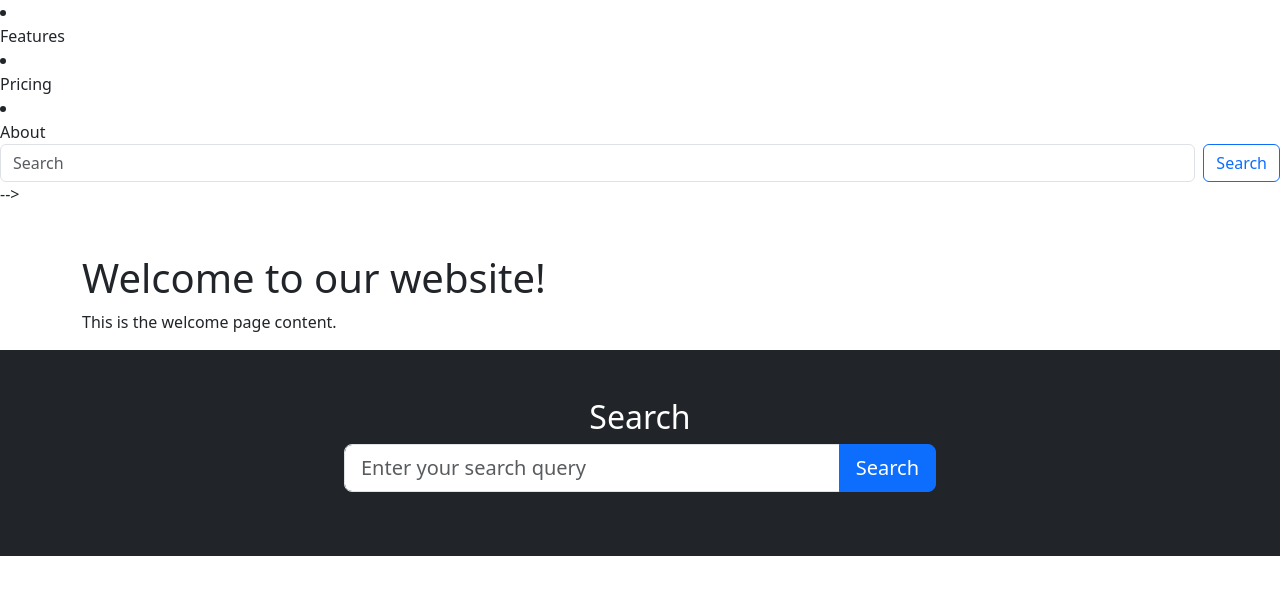
Repository: gyfffffff/meishimeike_test
Page: meishimeike/hello.html
The author's editor kept a copy of each file at every save. The page is drawn from the files as they stood at one save, then again after the next save.
The browser window is 1280 px wide. The pictures show the whole page.

Above is the page before, as saved 2023-07-13 11:22:08.

### meishimeike/hello.html
<!DOCTYPE html>
<html lang="en">

<head>
    <meta charset="UTF-8">
    <meta name="viewport" content="width=device-width, initial-scale=1.0">
    <link rel="stylesheet" href="https://cdn.jsdelivr.net/npm/bootstrap@5.3.0/dist/css/bootstrap.min.css">
    <style>
        body {
            --vt-font-family-base: Quotes, -apple-system, BlinkMacSystemFont, "Segoe UI", Roboto, Oxygen, Ubuntu, Cantarell, "Fira Sans", "Droid Sans", "Helvetica Neue", sans-serif;
        }

        /* .navbar-nav li {
            margin-right: 60px;
        }

        .navbar-brand {
            padding-right: 80px;
        } */
        .header--TuwRF{
                cursor: default;
                line-height: 1.5;
                tab-size: 4;
                -webkit-tap-highlight-color: transparent;
                -webkit-text-size-adjust: 100%;
                word-break: break-word;
                font-family: Open Sans,
                system-ui;
                --vh: 2.64px;
                font-weight: 400;
                font-size: 14px;
                color: #191b26;
                box-sizing: border-box;
                width: 100%;
                height: 64px;
                display: flex;
                justify-content: center;
                position: fixed;
                top: 0;
                left: 0;
                z-index: 10;
                transition: background-color .2s;
                background-color: transparent;
                border-bottom: 1px solid transparent;
        }

    </style>

    <title>美食每刻</title>
</head>

<body>
    <!-- <nav class="navbar navbar-expand-lg" style="background-color: #e3f2fd;" data-bs-theme="light">
        <div class="container-fluid">
            <a class="navbar-brand" href="#">Navbar</a>
            <button class="navbar-toggler collapsed" type="button" data-bs-toggle="collapse"
                data-bs-target="#navbarColor03" aria-controls="navbarColor03" aria-expanded="false"
                aria-label="Toggle navigation">
                <span class="navbar-toggler-icon"></span>
            </button>
            <div class="navbar-collapse collapse" id="navbarColor03" style="">
                <ul class="navbar-nav me-auto mb-2 mb-lg-0">
                    <!-- <li class="nav-item">
                    <a class="nav-link active" aria-current="page" href="#">Home</a>
                </li> -->
                    <li class="nav-item">
                        <a class="nav-link" href="#">Features</a>
                    </li>
                    <li class="nav-item">
                        <a class="nav-link" href="#">Pricing</a>
                    </li>
                    <li class="nav-item">
                        <a class="nav-link" href="#">About</a>
                    </li>
                </ul>
                <form class="d-flex" role="search">
                    <input class="form-control me-2" type="search" placeholder="Search" aria-label="Search">
                    <button class="btn btn-outline-primary" type="submit">Search</button>
                </form>
            </div>
        </div>
    </nav> -->

    <div class="container mt-5">
        <h1>Welcome to our website!</h1>
        <p>This is the welcome page content.</p>
    </div>

    <div class="container-fluid bg-dark text-center p-5">
        <h2 class="text-white">Search</h2>
        <div class="input-group mb-3 w-50 mx-auto">
            <input type="text" class="form-control form-control-lg" placeholder="Enter your search query">
            <button class="btn btn-primary btn-lg" type="button">Search</button>
        </div>
    </div>

    <script src="https://cdn.jsdelivr.net/npm/bootstrap@5.3.0/dist/js/bootstrap.bundle.min.js"></script>
</body>

</html>

After the next save:
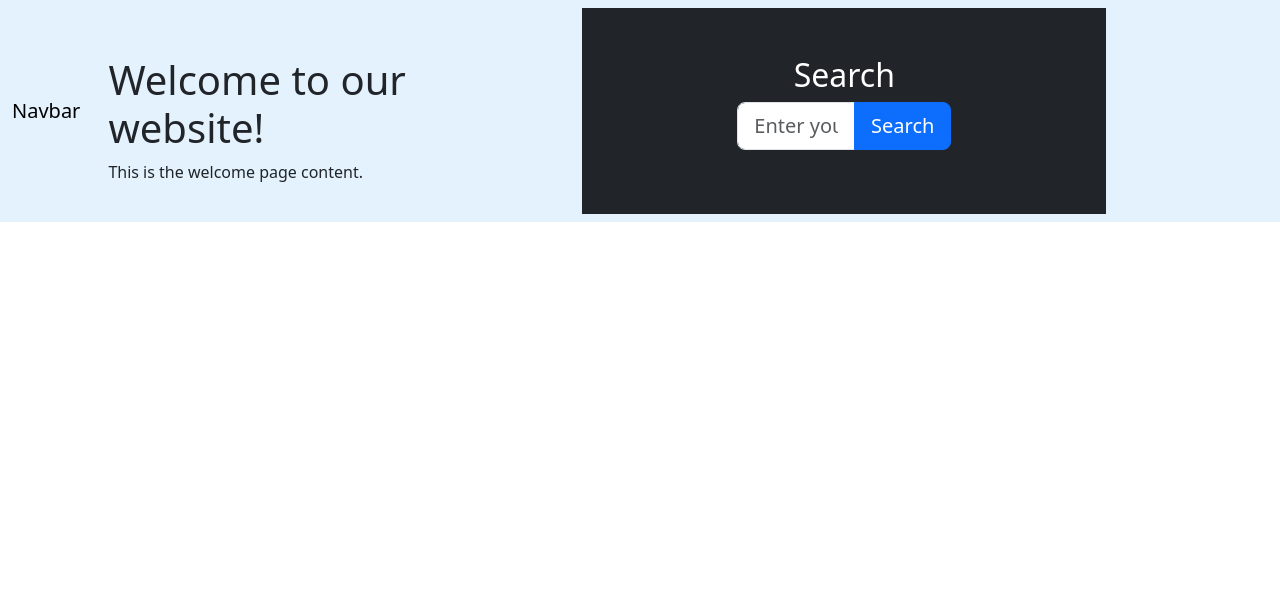
Saved 8 s later.
--- a/meishimeike/hello.html
+++ b/meishimeike/hello.html
@@ -50,7 +50,7 @@
 </head>
 
 <body>
-    <!-- <nav class="navbar navbar-expand-lg" style="background-color: #e3f2fd;" data-bs-theme="light">
+    <nav class="navbar navbar-expand-lg" style="background-color: #e3f2fd;" data-bs-theme="light">
         <div class="container-fluid">
             <a class="navbar-brand" href="#">Navbar</a>
             <button class="navbar-toggler collapsed" type="button" data-bs-toggle="collapse"
@@ -62,7 +62,7 @@
                 <ul class="navbar-nav me-auto mb-2 mb-lg-0">
                     <!-- <li class="nav-item">
                     <a class="nav-link active" aria-current="page" href="#">Home</a>
-                </li> -->
+                </li>
                     <li class="nav-item">
                         <a class="nav-link" href="#">Features</a>
                     </li>
